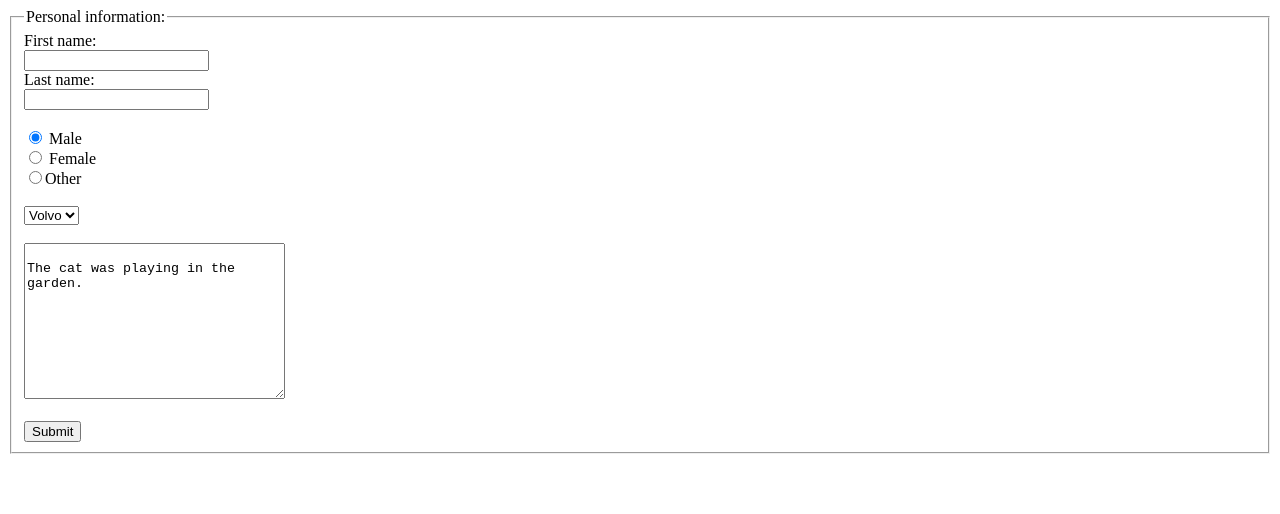
Repository: BaekJiGyeong/JSP
Page: http://localhost/AEA_Lesson0204/list.jsp
These files come from the project's save history. The page is drawn as it stood at one moment and after the next save; the edit follows.
The browser window is 1280 px wide. The pictures show the whole page.
The page is served by Tomcat 9.

Above is the page before, as saved 2016-02-04 10:58:40.

After the next save:
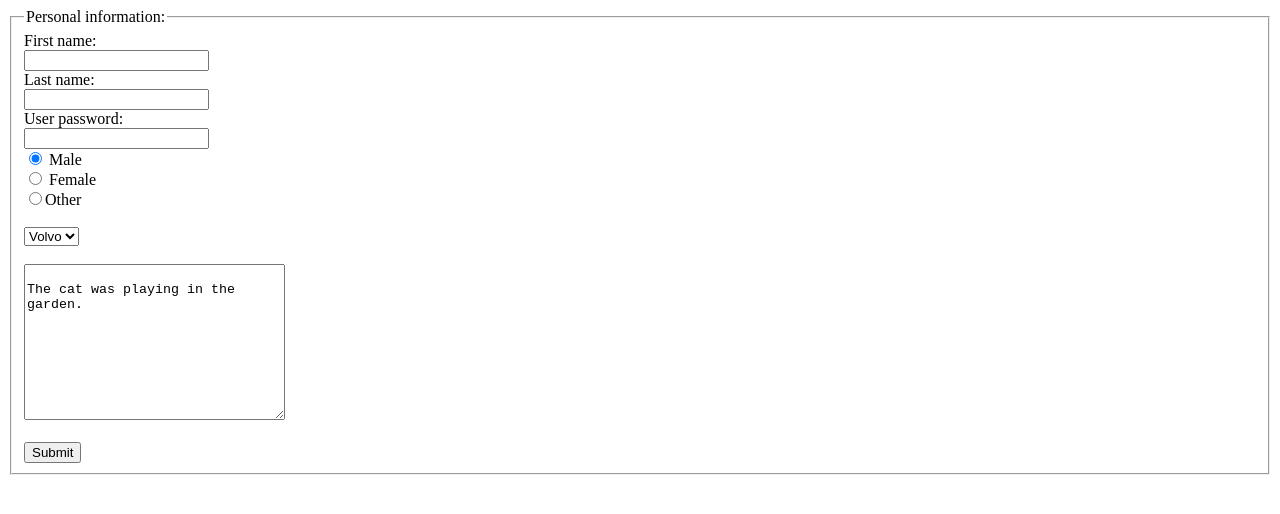
Saved 4 min 21 s later.
--- a/AEA_Lesson0204/WebContent/list.jsp
+++ b/AEA_Lesson0204/WebContent/list.jsp
@@ -13,6 +13,7 @@
 			<legend>Personal information:</legend>
 			First name:<br> <input type="text" name="firstname"> <br>
 			Last name:<br> <input type="text" name="lastname"> <br>
+			User password:<br> <input type="password" name="psw">
 
 			<br> <input type="radio" name="gender" value="male" checked>
 			Male<br> <input type="radio" name="gender" value="female">
